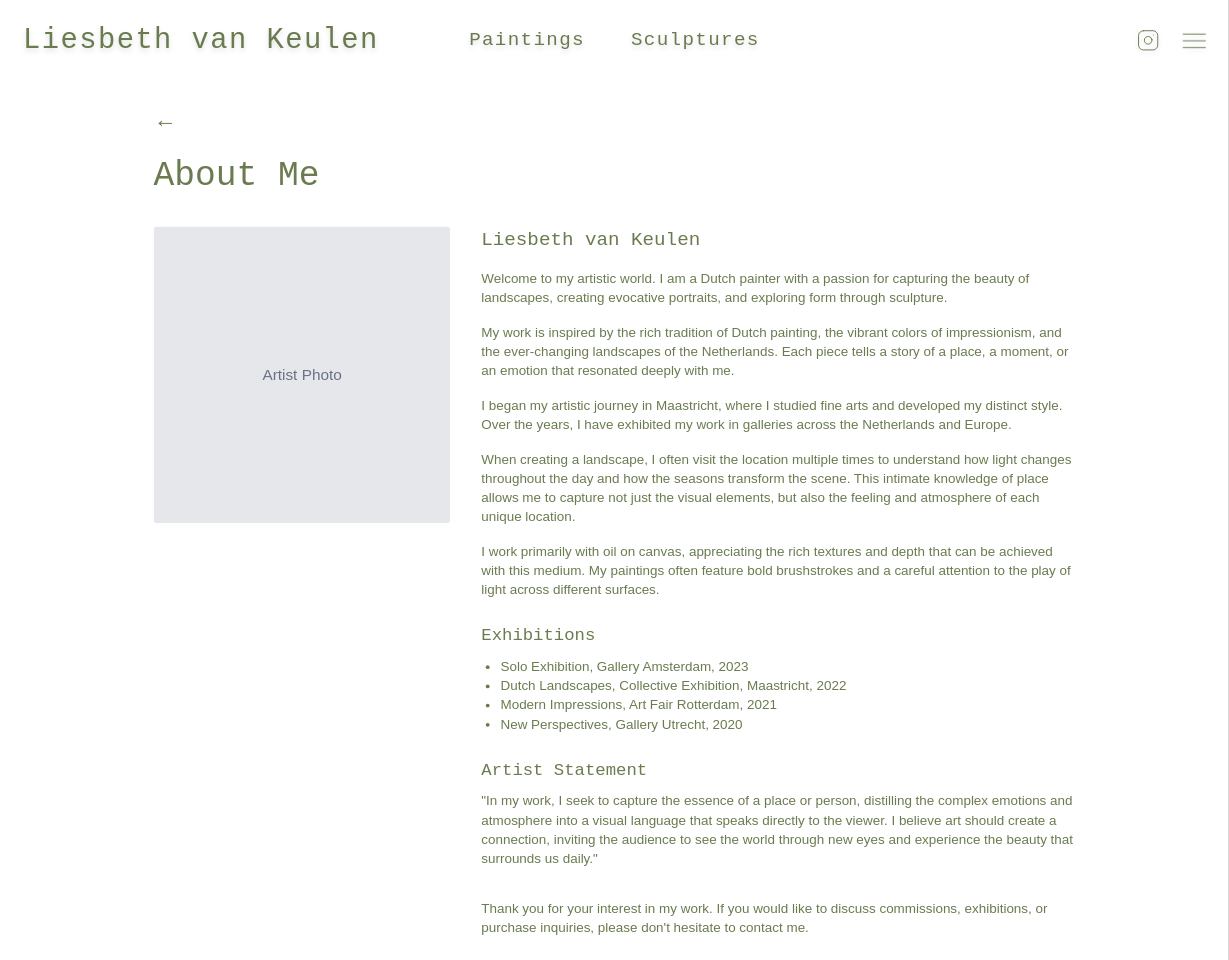
Repository: AafVos/liesbethvankeulen
Page: /about
The author's editor kept a copy of each file at every save. The page is drawn from the files as they stood at one save, then again after the next save.
The browser window is 1280 px wide. The pictures show the whole page, at 96% of full size.
The project was rebuilt for these pictures with package versions that can differ from the ones it lists, and the page was loaded fresh each time. The framework's server and built-in components were replaced by stand-ins that run in the browser. Also part of the build but not shown: next.config.mjs.

Above is the page before, as saved 2025-04-28 16:32:13.

### src/app/about/page.js
import Link from 'next/link';
import Image from 'next/image';
import Header from '../components/Header';
import { getThemeColors } from '../styles/theme';

// Choose a light theme for the about page
const themeName = 'light';
const theme = getThemeColors(themeName);

export default function AboutPage() {
  return (
    <div className="min-h-screen flex flex-col" style={{ backgroundColor: theme.background }}>
      <Header
        title="Liesbeth van Keulen"
        themeName={themeName}
        showNavigation={true}
      />

      <main className="flex-1 px-4 md:px-8 py-6 max-w-5xl mx-auto">
        <div className="mb-6">
          <Link href="/" className="text-2xl hover:opacity-80 transition-opacity" style={{ color: theme.link }}>
            ←
          </Link>
        </div>

        <h1 className="text-3xl md:text-4xl mb-8" style={{
          fontFamily: "'Courier New', Courier, monospace",
          color: theme.heading,
          fontWeight: 400
        }}>
          About Me
        </h1>

        <div className="flex flex-col md:flex-row gap-8 items-start">
          {/* Artist photo */}
          <div className="md:w-1/3 relative">
            <div className="aspect-square relative rounded overflow-hidden">
              {/* Replace this with your actual image */}
              <div className="w-full h-full bg-gray-200 flex items-center justify-center">
                <p className="text-gray-500">Artist Photo</p>
              </div>
            </div>
          </div>

          {/* Artist bio */}
          <div className="md:w-2/3" style={{ color: theme.text }}>
            <h2 className="text-xl mb-4" style={{
              fontFamily: "'Courier New', Courier, monospace",
              color: theme.heading,
              fontWeight: 400
            }}>
              Liesbeth van Keulen
            </h2>

            <div className="space-y-4 text-sm">
              <p>
                Welcome to my artistic world. I am a Dutch painter with a passion for capturing the beauty of landscapes,
                creating evocative portraits, and exploring form through sculpture.
              </p>

              <p>
                My work is inspired by the rich tradition of Dutch painting, the vibrant colors of impressionism,
                and the ever-changing landscapes of the Netherlands. Each piece tells a story of a place, a moment,
                or an emotion that resonated deeply with me.
              </p>

              <p>
                I began my artistic journey in Maastricht, where I studied fine arts and developed my distinct style.
                Over the years, I have exhibited my work in galleries across the Netherlands and Europe.
              </p>

              <p>
                When creating a landscape, I often visit the location multiple times to understand how light changes
                throughout the day and how the seasons transform the scene. This intimate knowledge of place allows me
                to capture not just the visual elements, but also the feeling and atmosphere of each unique location.
              </p>

              <p>
                I work primarily with oil on canvas, appreciating the rich textures and depth that can be achieved
                with this medium. My paintings often feature bold brushstrokes and a careful attention to the play
                of light across different surfaces.
              </p>

              <h3 className="text-lg mt-6 mb-2" style={{
                fontFamily: "'Courier New', Courier, monospace",
                color: theme.heading,
                fontWeight: 400
              }}>
                Exhibitions
              </h3>

              <ul className="list-disc pl-5">
                <li>Solo Exhibition, Gallery Amsterdam, 2023</li>
                <li>Dutch Landscapes, Collective Exhibition, Maastricht, 2022</li>
                <li>Modern Impressions, Art Fair Rotterdam, 2021</li>
                <li>New Perspectives, Gallery Utrecht, 2020</li>
              </ul>

              <h3 className="text-lg mt-6 mb-2" style={{
                fontFamily: "'Courier New', Courier, monospace",
                color: theme.heading,
                fontWeight: 400
              }}>
                Artist Statement
              </h3>

              <p>
                "In my work, I seek to capture the essence of a place or person, distilling the complex emotions and
                atmosphere into a visual language that speaks directly to the viewer. I believe art should create a
                connection, inviting the audience to see the world through new eyes and experience the beauty that
                surrounds us daily."
              </p>

              <p className="mt-8">
                Thank you for your interest in my work. If you would like to discuss commissions, exhibitions, or
                purchase inquiries, please don't hesitate to contact me.
              </p>
            </div>
          </div>
        </div>
      </main>
    </div>
  );
}

### src/app/globals.css
@import "tailwindcss";

:root {
  --background: #ffffff;
  --foreground: #171717;
}

@theme inline {
  --color-background: var(--background);
  --color-foreground: var(--foreground);
  --font-sans: var(--font-geist-sans);
  --font-mono: var(--font-geist-mono);
}

@media (prefers-color-scheme: dark) {
  :root {
    --background: #0a0a0a;
    --foreground: #ededed;
  }
}

body {
  color: var(--foreground);
  font-family: Arial, Helvetica, sans-serif;
  min-height: 100vh;
  width: 100%;
  background-color: #000; /* Fallback background color */
}

### src/app/components/Header.js
'use client';

import { useState } from 'react';
import Link from 'next/link';
import { getThemeColors } from '../styles/theme';

// By default, use the dark theme if no theme is specified
const defaultTheme = getThemeColors('dark');

const Header = ({ title, subtitle, themeName, showNavigation = true }) => {
  const [menuOpen, setMenuOpen] = useState(false);

  // Use the provided theme name or default to dark
  const theme = themeName ? getThemeColors(themeName) : defaultTheme;

  const toggleMenu = () => {
    setMenuOpen(!menuOpen);
  };

  // Style for navigation links
  const navLinkStyle = {
    fontFamily: "'Courier New', Courier, monospace",
    fontWeight: 400,
    letterSpacing: '0.07em',
    color: theme.text
  };

  // Style for menu overlay links
  const menuLinkStyle = {
    fontFamily: "'Courier New', Courier, monospace",
    fontWeight: 400,
    letterSpacing: '0.07em',
    color: '#ffffff' // Always white in the menu overlay
  };

  return (
    <header className="relative w-full z-30 py-6 px-6">
      {/* Mobile layout */}
      <div className="md:hidden w-full flex flex-col items-center justify-center gap-1">
        {/* Top row: Hamburger | Title | Instagram */}
        <div className={`w-full flex items-center justify-between mb-0 ${menuOpen ? 'fixed top-4 left-0 right-0 z-50' : ''}`}>
          {/* Hamburger left */}
          <div className="cursor-pointer z-50 ml-0.5" onClick={toggleMenu}>
            <div className="w-6 h-px mb-1.5 drop-shadow-md" style={{ backgroundColor: theme.text }}></div>
            <div className="w-6 h-px mb-1.5 drop-shadow-md" style={{ backgroundColor: theme.text }}></div>
            <div className="w-6 h-px drop-shadow-md" style={{ backgroundColor: theme.text }}></div>
          </div>
          {/* Title center (hide when menu open) */}
          {!menuOpen && (
            <div className="flex-1 flex items-center justify-center">
              <Link href="/home" className="cursor-pointer inline-block">
                <h2
                  className="text-2xl tracking-wide drop-shadow-md text-center"
                  style={{
                    fontFamily: "'Courier New', Courier, monospace",
                    fontWeight: 400,
                    letterSpacing: '0.05em',
                    color: theme.text
                  }}
                >
                  {title}
                </h2>
              </Link>
            </div>
          )}
          {/* Instagram right */}
          <a
            href="https://www.instagram.com/portretliesbeth/"
            target="_blank"
            rel="noopener noreferrer"
            className="flex items-center hover:opacity-80 transition-colors duration-300 z-50 mr-0.5"
          >
            <svg
              xmlns="http://www.w3.org/2000/svg"
              width="24"
              height="24"
              viewBox="0 0 24 24"
              fill="none"
              stroke={theme.text}
              strokeWidth="1"
              strokeLinecap="round"
              strokeLinejoin="round"
              className="drop-shadow-md"
            >
              <rect x="2" y="2" width="20" height="20" rx="5" ry="5"></rect>
              <path d="M16 11.37A4 4 0 1 1 12.63 8 4 4 0 0 1 16 11.37z"></path>
              <line x1="17.5" y1="6.5" x2="17.51" y2="6.5"></line>
            </svg>
          </a>
        </div>
        {/* Subtitle below, centered (hide when menu open) */}
        {!menuOpen && subtitle && (
          <div className="w-full text-center text-base mt-1 tracking-wide" style={{
            fontFamily: "'Courier New', Courier, monospace",
            color: theme.text,
            opacity: 0.8,
            letterSpacing: '0.03em',
            fontWeight: 300
          }}>
            {subtitle}
          </div>
        )}
        {/* Navigation links below (hide when menu open) */}
        {!menuOpen && showNavigation && (
          <nav className="flex flex-row items-center justify-center gap-4 mt-2">
            <Link href="/paintings" className="text-lg font-normal hover:opacity-80 transition-colors duration-300 drop-shadow-md text-center" style={{...navLinkStyle}}>Paintings</Link>
            <Link href="/sculptures" className="text-lg font-normal hover:opacity-80 transition-colors duration-300 drop-shadow-md text-center" style={{...navLinkStyle}}>Sculptures</Link>
          </nav>
        )}
      </div>

      {/* Desktop layout */}
      <div className="hidden md:flex items-center justify-between w-full">
        {/* Title on the left */}
        <div>
          <div className="text-center">
            <Link href="/home" className="cursor-pointer inline-block">
              <h2
                className="text-3xl tracking-wide drop-shadow-md"
                style={{
                  fontFamily: "'Courier New', Courier, monospace",
                  fontWeight: 400,
                  letterSpacing: '0.05em',
                  color: theme.text
                }}
              >
                {title}
              </h2>
              {subtitle && (
                <div className="text-base mt-1 tracking-wide" style={{
                  fontFamily: "'Courier New', Courier, monospace",
                  color: theme.text,
                  opacity: 0.8,
                  letterSpacing: '0.03em',
                  fontWeight: 300
                }}>
                  {subtitle}
                </div>
              )}
            </Link>
          </div>
        </div>

        {/* Navigation links in the center visible on large screens */}
        {showNavigation && (
          <div className="hidden md:block absolute left-1/2 transform -translate-x-1/2">
            <nav>
              <ul className="flex space-x-12">
                <li>
                  <Link
                    href="/paintings"
                    className="text-xl hover:opacity-80 transition-colors duration-300 drop-shadow-md"
                    style={{...navLinkStyle}}
                  >
                    Paintings
                  </Link>
                </li>
                <li>
                  <Link
                    href="/sculptures"
                    className="text-xl hover:opacity-80 transition-colors duration-300 drop-shadow-md"
                    style={{...navLinkStyle}}
                  >
                    Sculptures
                  </Link>
                </li>
              </ul>
            </nav>
          </div>
        )}

        {/* Right side container for Instagram and hamburger menu */}
        <div className="flex items-center gap-6">
          {/* Instagram link */}
          <a
            href="https://www.instagram.com/portretliesbeth/"
            target="_blank"
            rel="noopener noreferrer"
            className="flex items-center hover:opacity-80 transition-colors duration-300"
          >
            <svg
              xmlns="http://www.w3.org/2000/svg"
              width="24"
              height="24"
              viewBox="0 0 24 24"
              fill="none"
              stroke={theme.text}
              strokeWidth="1"
              strokeLinecap="round"
              strokeLinejoin="round"
              className="drop-shadow-md"
            >
              <rect x="2" y="2" width="20" height="20" rx="5" ry="5"></rect>
              <path d="M16 11.37A4 4 0 1 1 12.63 8 4 4 0 0 1 16 11.37z"></path>
              <line x1="17.5" y1="6.5" x2="17.51" y2="6.5"></line>
            </svg>
          </a>

          {/* Hamburger menu icon */}
          <div className="cursor-pointer z-50" onClick={toggleMenu}>
            <div className="w-6 h-px mb-1.5 drop-shadow-md" style={{ backgroundColor: theme.text }}></div>
            <div className="w-6 h-px mb-1.5 drop-shadow-md" style={{ backgroundColor: theme.text }}></div>
            <div className="w-6 h-px drop-shadow-md" style={{ backgroundColor: theme.text }}></div>
          </div>
        </div>
      </div>

      {/* Fullscreen menu overlay - now transparent with backdrop blur */}
      <div className={`fixed inset-0 bg-black/30 backdrop-blur-sm z-40 transition-opacity duration-300 ${menuOpen ? 'opacity-100' : 'opacity-0 pointer-events-none'}`}>
        <div className="flex flex-col items-center justify-center h-full">
          <nav className="text-center">
            <ul className="space-y-8">
              <li>
                <Link
                  href="/paintings"
                  className="text-3xl hover:opacity-80 transition-colors duration-300 drop-shadow-lg"
                  style={menuLinkStyle}
                  onClick={toggleMenu}
                >
                  Paintings
                </Link>
              </li>
              <li>
                <Link
                  href="/sculptures"
                  className="text-3xl hover:opacity-80 transition-colors duration-300 drop-shadow-lg"
                  style={menuLinkStyle}
                  onClick={toggleMenu}
                >
                  Sculptures
                </Link>
              </li>
            </ul>
          </nav>
        </div>
      </div>
    </header>
  );
};

export default Header;

### src/app/styles/theme.js
// Theme options for the website
export const themes = {
  // Option 1: Dark theme
  dark: {
    background: '#1c1c1c',
    text: '#ffffff',
    heading: '#ffffff',
    accent: '#d3d3d3',
    link: '#d3d3d3'
  },

  // Option 2: Light theme with green text
  light: {
    background: '#ffffff',
    text: '#6a7b4f',
    heading: '#6a7b4f',
    accent: '#9cac7f',
    link: '#6a7b4f'
  }
};

// Export a function to easily get all colors for a specific theme
export const getThemeColors = (themeName) => {
  return themes[themeName] || themes.dark; // Default to dark theme if not found
};

Loaded but not shown: src/app/layout.js (common file)

After the next save:
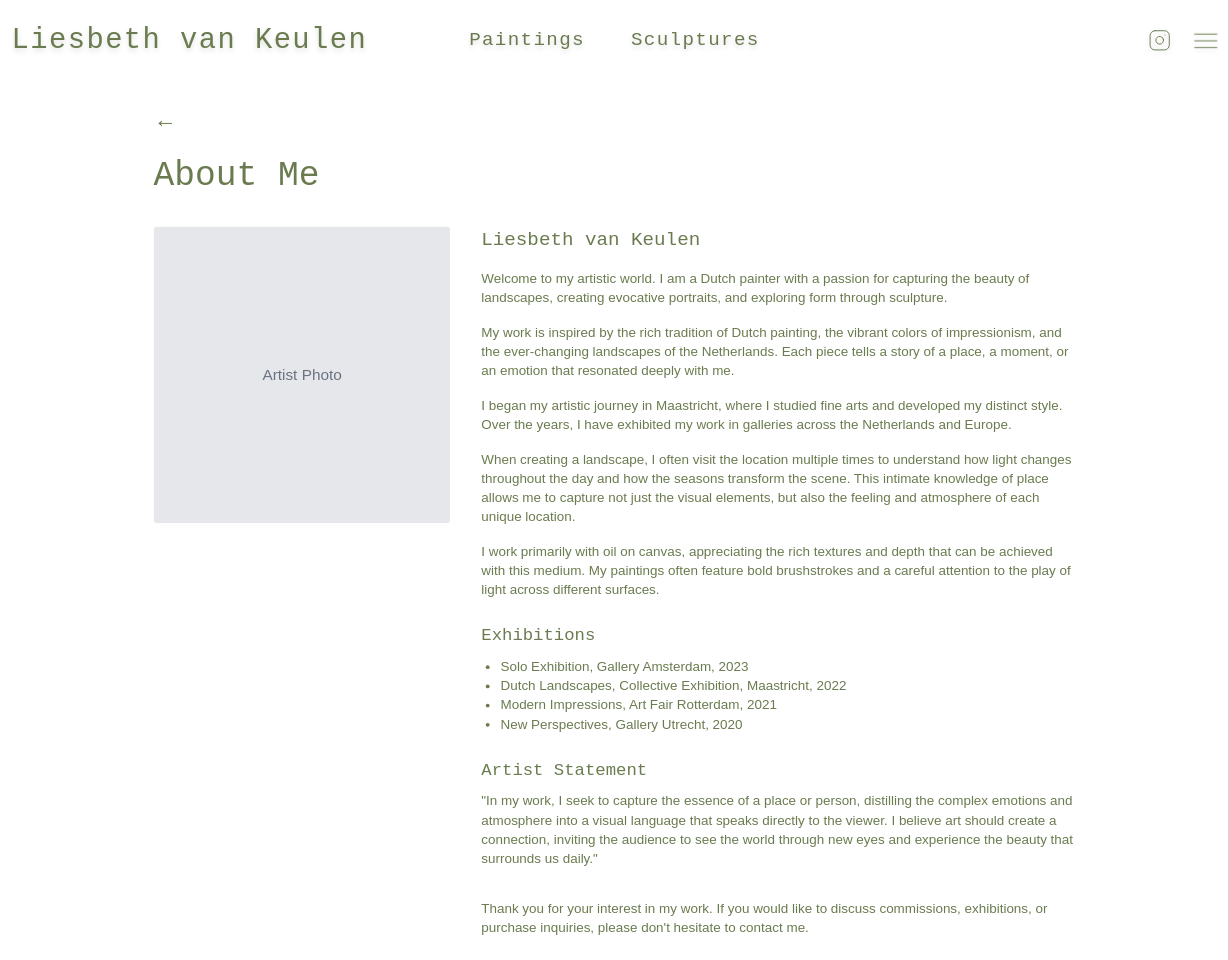
Saved 5 min 4 s later.
--- a/src/app/components/Header.js
+++ b/src/app/components/Header.js
@@ -34,7 +34,7 @@
   };
 
   return (
-    <header className="relative w-full z-30 py-6 px-6">
+    <header className="relative w-full z-30 py-6 px-3">
       {/* Mobile layout */}
       <div className="md:hidden w-full flex flex-col items-center justify-center gap-1">
         {/* Top row: Hamburger | Title | Instagram */}
